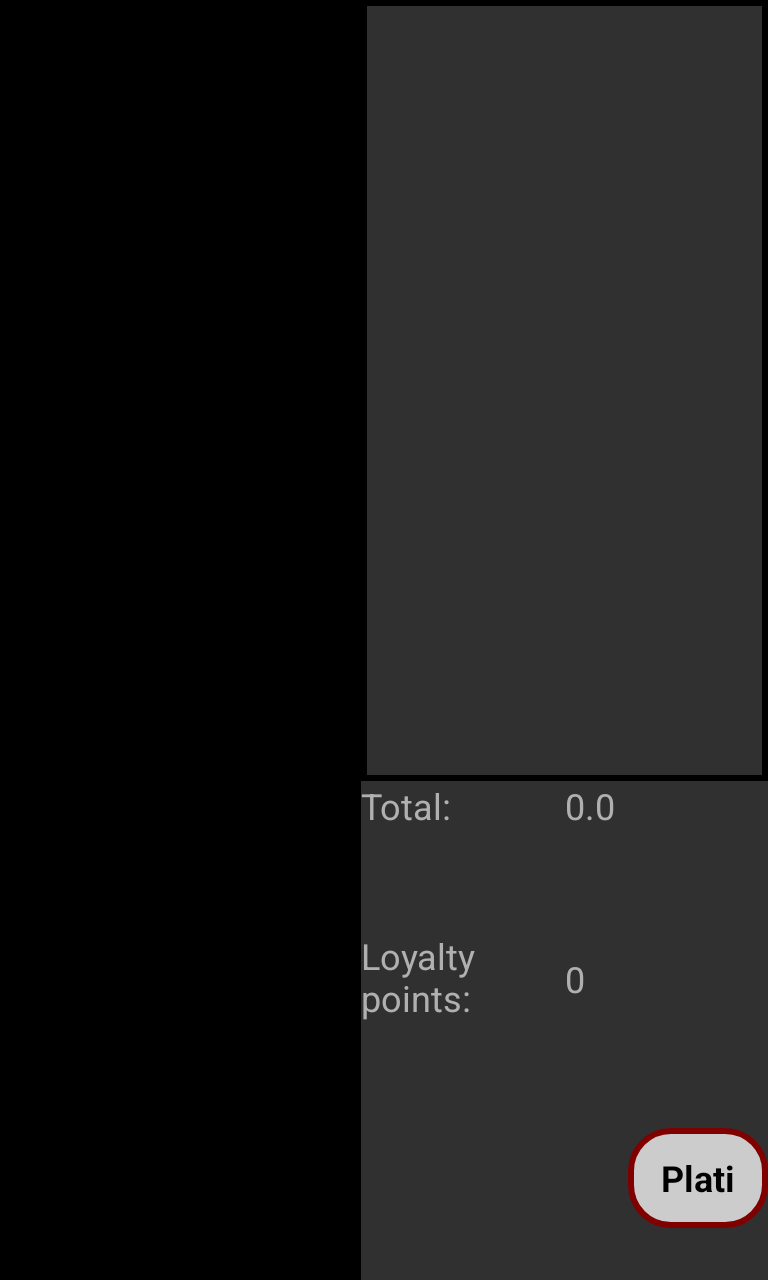
Repository: dzenisahusic/AndroidApp
Layout: Edit2014Sales/res/layout/fragment_kasa.xml
An editor plug-in stored every save of this project. The layout is shown before and after the next save, followed by the edit.
It is drawn on a 768 x 1280 px phone screen (xhdpi) without system bars, with theme AppTheme; the app's code is not run. Lists and similar views that code fills are empty.

Above is the layout before, as saved 2014-07-15 19:17:18.

After the next save:
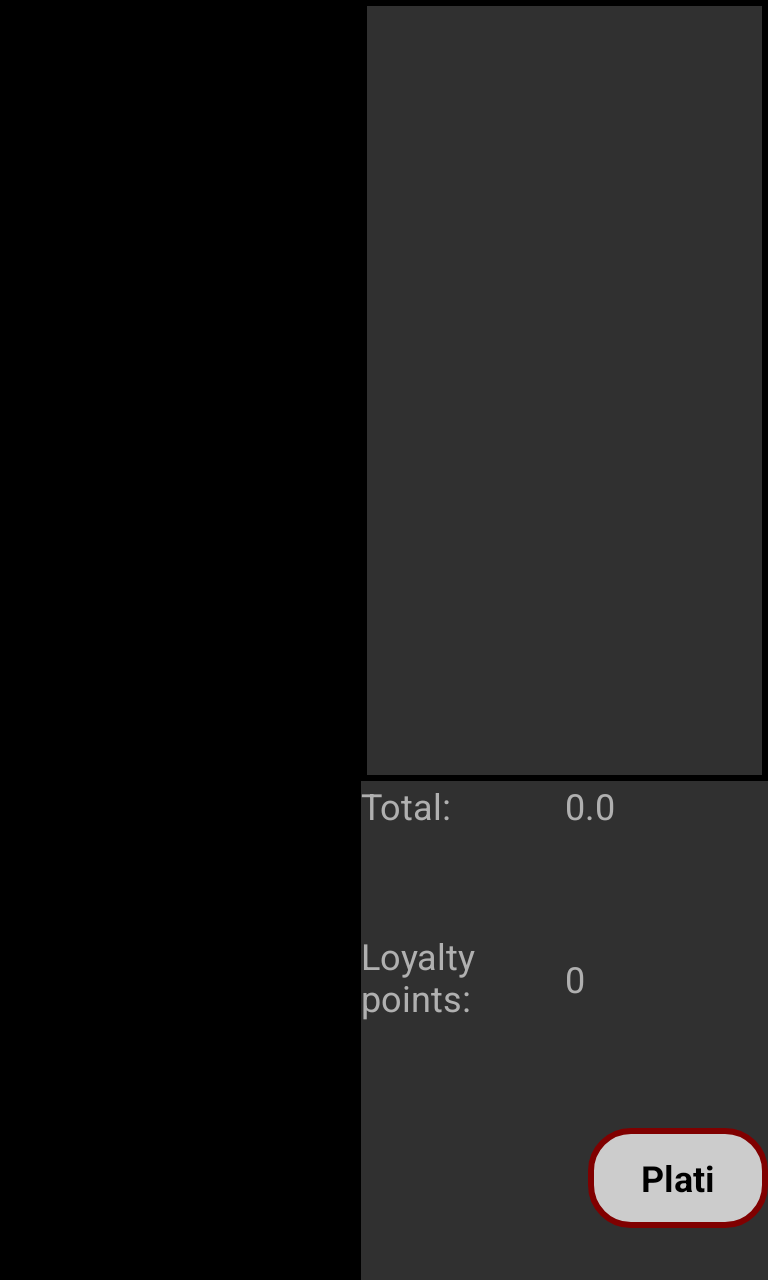
Saved 5 s later.
--- a/Edit2014Sales/res/layout/fragment_kasa.xml
+++ b/Edit2014Sales/res/layout/fragment_kasa.xml
@@ -179,7 +179,7 @@
 
       <Button
           android:id="@+id/plati"
-          android:layout_width="70dp"
+          android:layout_width="90dp"
           android:layout_height="50dp"
           android:background="@drawable/rounded_corner_top"
           android:gravity="fill_vertical|center_horizontal|center"
